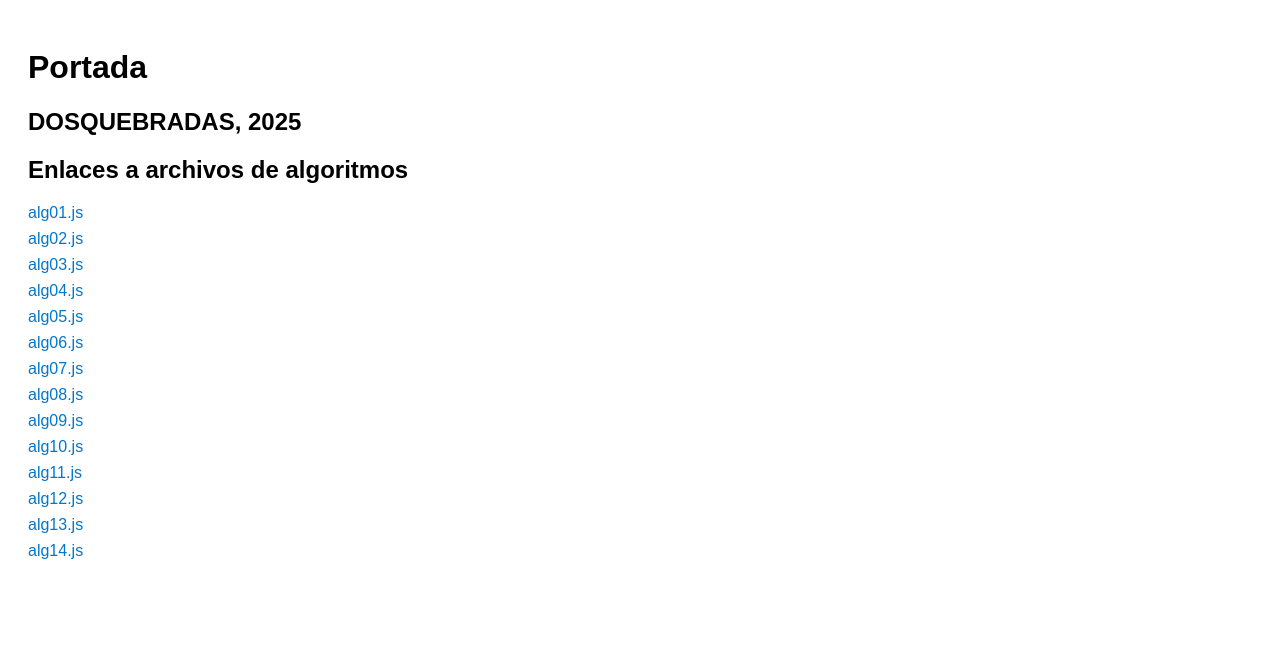
Repository: rlhardrock/SENATallerAlgoritmos01
Page: algoritmo.html
The author's editor kept a copy of each file at every save. The page is drawn from the files as they stood at one save, then again after the next save.
The browser window is 1280 px wide. The pictures show the whole page.

Above is the page before, as saved 2025-04-23 16:14:37.

After the next save:
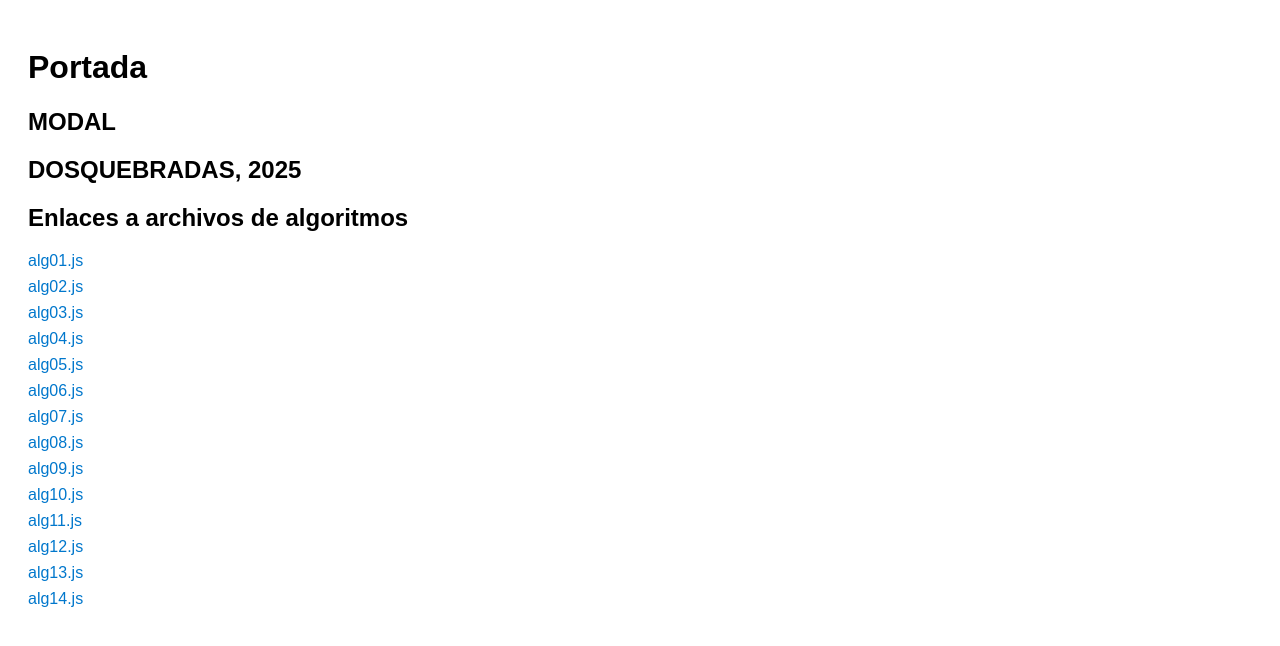
Saved 26 s later.
--- a/algoritmo.html
+++ b/algoritmo.html
@@ -35,7 +35,7 @@
     <h2></h2>
     <h2></h2>
     <h2></h2>
-    <h2></h2>
+    <h2>MODAL</h2>
     <h2>DOSQUEBRADAS, 2025</h2>
   </div>
 
